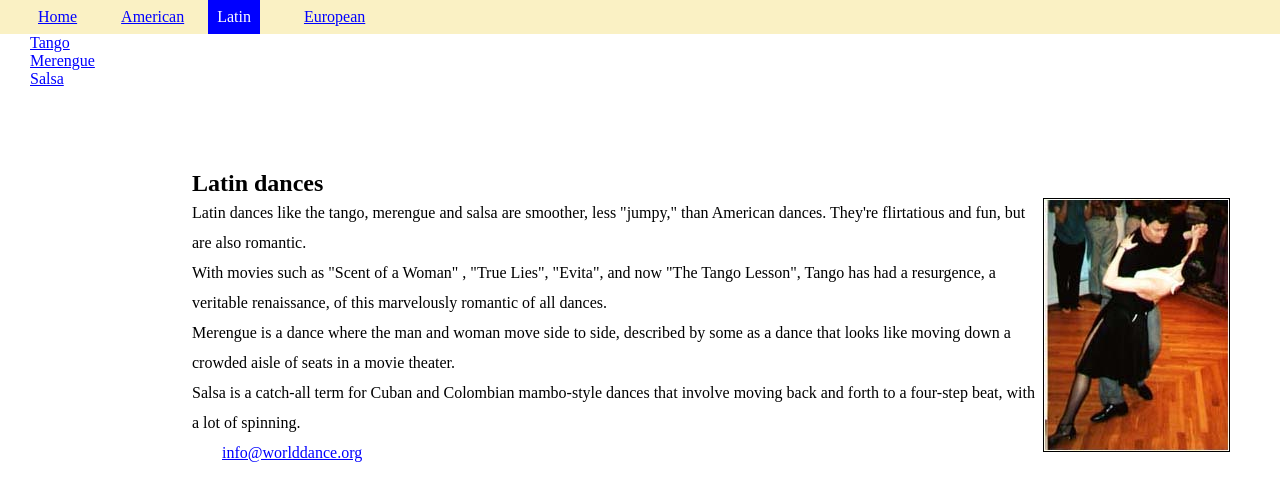
Repository: Helianthusss/Learn-CPP
Page: HTML/Lab-04/Dance/Latin.html
The author's editor kept a copy of each file at every save. The page is drawn from the files as they stood at one save, then again after the next save.
The browser window is 1280 px wide. The pictures show the whole page.

Above is the page before, as saved 2021-10-16 19:42:04.

### HTML/Lab-04/Dance/Latin.html
<html>
<head>
<link rel="stylesheet" href="format.css">
<title>Latin</title>
</head>
<body>
<div id="topnav">
<ul id="navbar">
<li><a href="index.html">Home</a></li>
<li><a href="American.html">American</a></li>
<li><a class="x">Latin</a></li>
<li><a href="European.html">European</a></li>
</ul>
</div>
<div id="clear"></div>
<div id="links">
<p><a href="Tango.html">Tango</a></p>
<p><a href="Merengue.html">Merengue</a></p>
<p><a href="Salsa.html">Salsa</a></p>
</div>
<div id="content">
<h2>Latin dances</h2>
<img src="graphics/tango.jpg"align="right" vspace="4" hspace="12" border="1">
<p>Latin dances like the tango, merengue and salsa are smoother, less "jumpy," than American dances. They're flirtatious and fun, but are also romantic.</p>
<p>With movies such as "Scent of a Woman" , "True Lies", "Evita", and now "The Tango Lesson", Tango has had a resurgence, a veritable renaissance, of this marvelously romantic of all dances.</p>
<p>Merengue is a dance where the man and woman move side to side, described by some as a dance that looks like moving down a crowded aisle of seats in a movie theater.</p>
<p>Salsa is a catch-all term for Cuban and Colombian mambo-style dances that involve moving back and forth to a four-step beat, with a lot of spinning.
</p>
<p><a href="mailto:info@worlddance.org">info@worlddance.org</a></p>
</p>
</div>
</body>
</html>

### HTML/Lab-04/Dance/format.css
* {
  padding: 0px;
  margin: 0px;
  box-sizing: border-box;
}
li {
  display: inline;
}

#navbar {
  padding: 8px;
  background-color: #faf1c4;
}
a {
  padding-left: 20px;
  margin: 10px;
  color: blue;
}
.x {
  padding: 9px;
  margin: 10px;
  background-color: blue;
  color: white;
}

#content {
  background: #fff;
  margin-top: 30px;
  float: right;
  width: 85%;
  padding-right: 50px;
  height: 350px;
  line-height: 30px;
  padding-top: 50px;
}

After the next save:
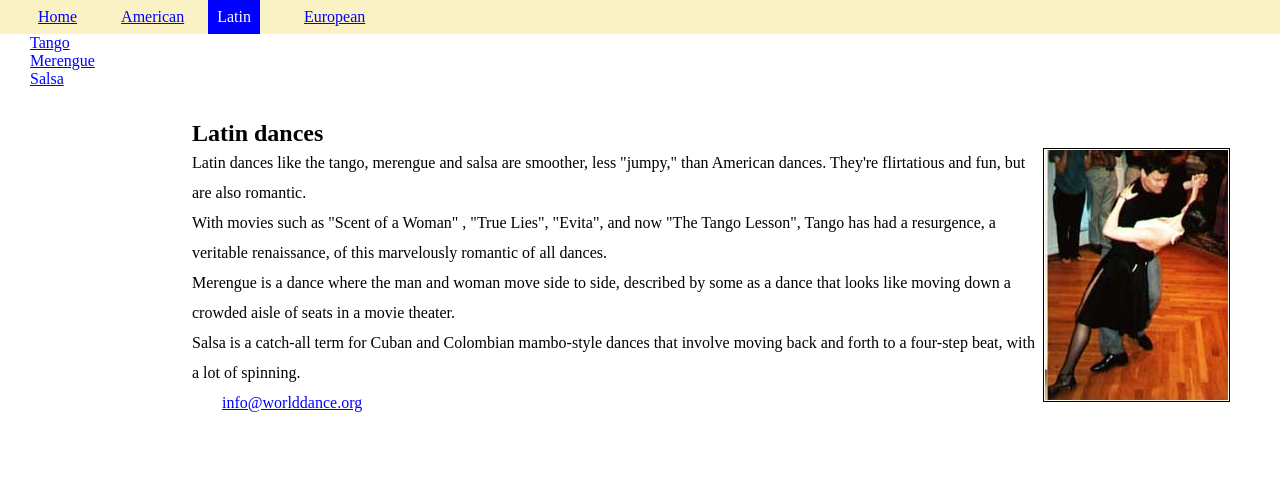
Saved 14 s later.
--- a/HTML/Lab-04/Dance/format.css
+++ b/HTML/Lab-04/Dance/format.css
@@ -31,5 +31,5 @@
   padding-right: 50px;
   height: 350px;
   line-height: 30px;
-  padding-top: 50px;
+  padding-top: 0px;
 }

After the save that followed:
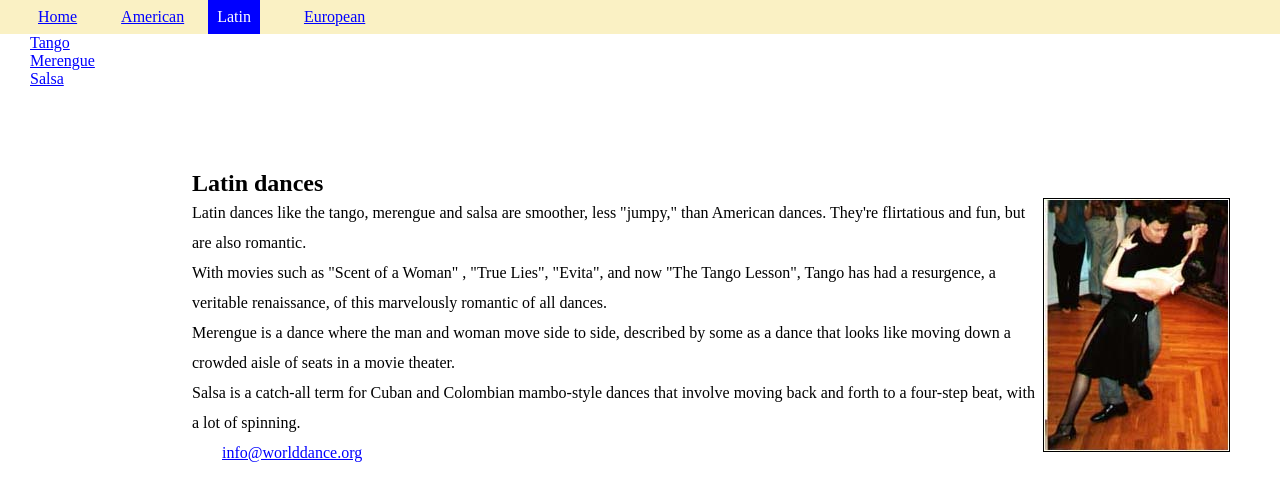
Saved 13 s later.
--- a/HTML/Lab-04/Dance/format.css
+++ b/HTML/Lab-04/Dance/format.css
@@ -31,5 +31,5 @@
   padding-right: 50px;
   height: 350px;
   line-height: 30px;
-  padding-top: 0px;
+  padding-top: 50px;
 }
